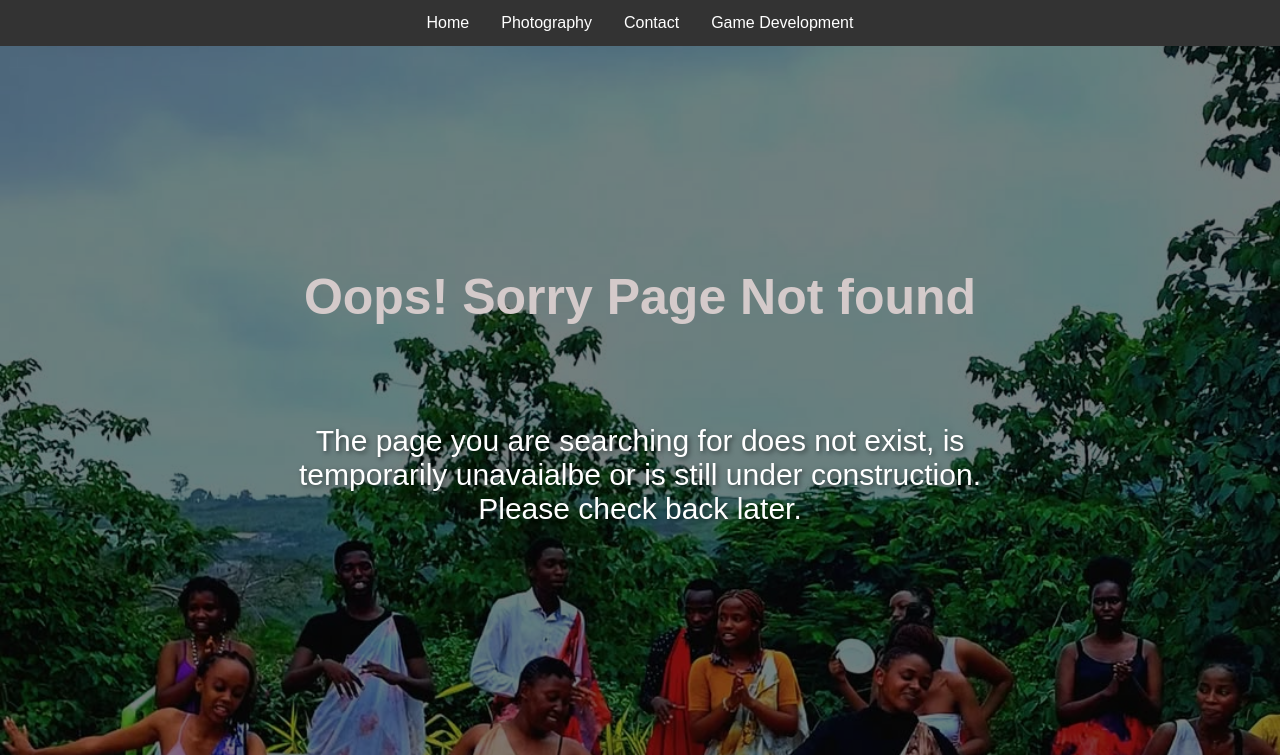
Repository: Argivist/ArgPortfolio
Page: 404.html
These files come from the project's save history. The page is drawn as it stood at one moment and after the next save; the edit follows.
The browser window is 1280 px wide. The pictures show the whole page.
Backgrounds fixed to the window are drawn as part of the page.

Above is the page before, as saved 2025-03-28 22:17:36.

### 404.html
<!DOCTYPE html>
<html lang="en">

<head>
    <meta charset="UTF-8">
    <meta name="viewport" content="width=device-width, initial-scale=1.0">
    <link rel="stylesheet" href="css/styles.css">
    <link rel="stylesheet" href="css/nav.css">
    <link rel="stylesheet" href="css/home.css">

    <title>Hutton Amison-Addy</title>

    <style>
        body {
            background-color: #f0f0f0;
            font-family: 'Arial', sans-serif;
        }
    </style>
</head>

<body>
    <nav>
        <ul>
            <li class="nav-content "><a href="index.html">Home</a></li>
            <li class="nav-content"><a href="https://www.instagram.com/theworldinoneseye/">Photography</a></li>

            <li class="dropdown nav-content">
                <a href="contact.html">Contact</a>
                <ul class="dropdown-content">
                    <li><a href="https://www.linkedin.com/in/hutton-amison-addy-7b1b3b1b1/">LinkedIn</a></li>
                    <li><a href="https://www.github.com/Argivist">GitHub</a></li>
                    <li><a href="mailto:hutton.amison@ashesi.edu.gh">hutton.amison@ashesi.edu.gh</a></li>
                    <li><a href="mailto:huttonaaddy.public@gmail.com">huttonaaddy.public@gmail.com</a></li>
                </ul>
            </li>

            <li class="dropdown nav-content">
                <a href="#">Game Development</a>
                <ul class="dropdown-content">
                    <li><a href="game/index.html">Game Development Projects</a></li>
                    <li><a href="blender/index.html">Blender</a></li>
                </ul>
            </li>
        </ul>
    </nav>
    <div class="padding">
    </div>
    <div class="overlay">

        <div class="thisisme section">
            <h1>Oops! Sorry Page Not found</h1>
            <p class="desc">
                The page you are searching for does not exist, is temporarily unavaialbe or is still under construction. Please check back later.
            </p>
        </div>



    </div>

    </div>



</body>

</html>

### css/styles.css
body{
    height: 100%;
    margin: 0;
    padding: 0;
}

 p {
    white-space: pre-line; /* preserves newlines, but collapses extra spaces */
  }
  .overlay {
    /* position: fixed; */
    position: absolute;
    left: 0;
    width: 100%;
    /* height: 100%; */
    background-color: rgba(0, 0, 0, 0.5); /* Adjust opacity as needed */
    z-index: -1; /* Keeps it behind your content */
}

### css/nav.css
/* 1. Define default variables in :root */


/* NAV Content and Dropdown */
.nav-content {
    position: relative;
    display: inline-block;
}

.dropdown {
    position: relative; /* For proper absolute positioning of its child */
    display: inline-block;
}

.dropdown:hover .dropdown-content {
    display: block;
}

.dropdown-content {
    display: none;
    position: absolute; /* This makes it overlay other elements without affecting layout */
    background-color: var(--dropdown-bg);
    min-width: 160px;
    box-shadow: 0px 8px 16px 0px rgba(0,0,0,0.2);
    z-index: 1;
}

/* Nav Stylisation */
nav {
    background-color: var(--nav-bg);
    position: fixed;
    top: 0;
    left: 0;
    width: 100vw;
    z-index: 100;
    display: flex;
    justify-content: center;  /* Centers the nav content horizontally */
    align-items: center;      /* Vertically centers items */
    margin: 0;
    color: var(--nav-link-color);
}

/* Reserve space for the fixed navbar */
.padding {
    height: 35px;  /* Adjust this value to match your navbar's height */
    top: 0;
    left: 0;
    width: 100%;
    bottom: 0;
}

/* Nav List Styles */
nav ul {
    list-style-type: none;
    margin: 0;
    padding: 0;
    display: flex;
}

nav ul li {
    display: inline-block;
    margin: 0;
    text-align: center;
    /* If you want each <li> to match nav’s background: */
    background-color: var(--nav-bg);
}

/* Nav Links */
nav ul li a {
    display: block;
    color: var(--nav-link-color);
    text-align: center;
    padding: 14px 16px;
    text-decoration: none;
}

nav ul li a:hover {
    background-color: var(--nav-link-hover-bg);
    color: var(--nav-link-active-color);
}

/* Optional: Ensure dropdown list items take full width */
.dropdown ul li {
    width: 100%;
}

/* Active link styling */
.active {
    background-color: var(--active-bg);
    /* color: var(--nav-link-active-color); */
    text-decoration: none;
}
/* If .active is on the <li>, target the <a> inside */
.active-text{
    color: var(--nav-link-active-color);
}

### css/home.css
/* Custom Theme variables */
:root {
    --nav-bg: #333;
    --nav-link-color: #fff;
    --nav-link-hover-bg: #111;
    --dropdown-bg: #f9f9f9;
    --active-bg: #675656;
    --body-text-color: #f5c646;      /* General text color */
    --heading-text-color: #d4caca;   /* Headings, if desired */
    --interest-hover: #ffffff50;     /* Hover color for interest items */

    /* Additional colors for interest items */
    --interest-hover-bg: rgba(255, 255, 255, 0.8);
    --interest-text-color: #c9c2c2;
}

/* Headings */
h1 {
    color: var(--heading-text-color);
    font-size: 50px;
    text-align: center;
}
.desc{
    color: var(--nav-link-color);
    font-size: 30px;
    text-align: center;
    text-shadow: 2px 2px 5px rgba(0, 0, 0, 0.5);
    /* large gap between left and right edges */
    margin-left: 20%;
    margin-right: 20%;
}
/* Body styling */
body {
    background-image: url('../img/home.jpeg');
    background-size: cover;
    background-repeat: no-repeat;
    background-position: center 15%;
    background-attachment: fixed;
    margin: 0;
    padding: 0;
}

:root {
    --nav-link-color: #fff;
    --interest-hover-bg: rgba(255, 255, 255, 0.8);
    --interest-text-color: #333;
}


.section{
    display: flex;
    flex-direction: column;
    justify-content: center;
    align-items: center;
    min-height: 100vh;
}
.mi{
    padding: 20px;
    font-size: 4em;
    color: var(--nav-link-color);
}


/* Container for all interests */
.interests {
    display: grid;
    grid-template-columns: repeat(auto-fit, minmax(300px, 1fr));
    gap: 20px;
    max-width: 1200px;
    margin: 0 auto;
    padding: 20px;
}

/* Individual interest item */
.interest {
    position: relative;
    background-size: cover;
    background-position: center;
    aspect-ratio: 16 / 9; /* Maintains uniform aspect ratio */
    overflow: hidden;
    cursor: pointer;
}

/* Overwrite if needed to allow the box to grow
   .interest {
       aspect-ratio: auto;
       min-height: 300px;
   }
*/

/* Background images for specific interests */
.f1 {
    background-image: url('https://corp.formula1.com/wp-content/uploads/2023/02/GettyImages-1240545798-scaled.jpg');
}
.space {
    background-image: url('https://scalar.chapman.edu/scalar/interior-space---a-visual-exploration-of-the-international-space-station-photographs-by-paolo-nespo/media/Endeavour%20dock%20ISS%20symmetric.jpg');
}
.robotics {
    background-image: url('https://www.roboticgizmos.com/wp-content/uploads/2022/11/17/Limo-AI-Modular-Mobile-Robot-640x469.jpg');
}
.gamedev {
    background-image: url('https://tutorials.eu/wp-content/uploads/2020/04/unity4.jpg');
}
.stem {
    background-image: url('https://www.edsmart.org/wp-content/uploads/2024/04/what_does_STEM_mean.jpg');
}
.nature {
    background-image: url('../img/nature.jpg');
}

/* Description container */
.intdesc {
    position: absolute;
    inset: 0; /* top: 0; left: 0; right: 0; bottom: 0; */
    background-color: transparent;
    display: flex;
    flex-direction: column;
    justify-content: center;
    align-items: center;
    padding: 20px;
    box-sizing: border-box;
    transition: background-color 1s ease, color 1s ease;
}

/* Title styling */
.intdesc h3 {
    margin: 0;
    font-size: 1.8em;
    text-align: center;
    color: var(--interest-text-color);
}

/* Description paragraph initially hidden and collapsed */
.intdesc p {
    opacity: 0;
    max-height: 0;
    overflow-y: hidden;
    transition: opacity 0.5s ease, max-height 0.5s ease;
    margin: 5px 0 0;
}

/* On hover, reveal the paragraph up to 150px; scroll if longer */
.intdesc:hover p {
    opacity: 1;
    max-height: 150px; /* Adjust as needed */
    overflow-y: auto;
}

/* Hover effects for text container */
.interest:hover .intdesc {
    background-color: var(--interest-hover-bg);
    color: var(--interest-text-color);
}
.interest:hover h3,
.interest:hover p {
    color: white;
    transition: color 1s ease;
}

/* Additional tinted overlays for each item on hover */
.f1:hover .intdesc {
    background-color: rgba(255, 0, 0, 0.58);
}
.space:hover .intdesc {
    background-color: rgba(0, 0, 255, 0.58);
}
.robotics:hover .intdesc {
    background-color: rgba(0, 255, 0, 0.58);
}
.gamedev:hover .intdesc {
    background-color: rgba(255, 255, 0, 0.58);
}
.stem:hover .intdesc {
    background-color: rgba(255, 0, 255, 0.58);
}
.nature:hover .intdesc {
    background-color: rgba(0, 255, 255, 0.58);
}




/* ########################## */

After the next save:
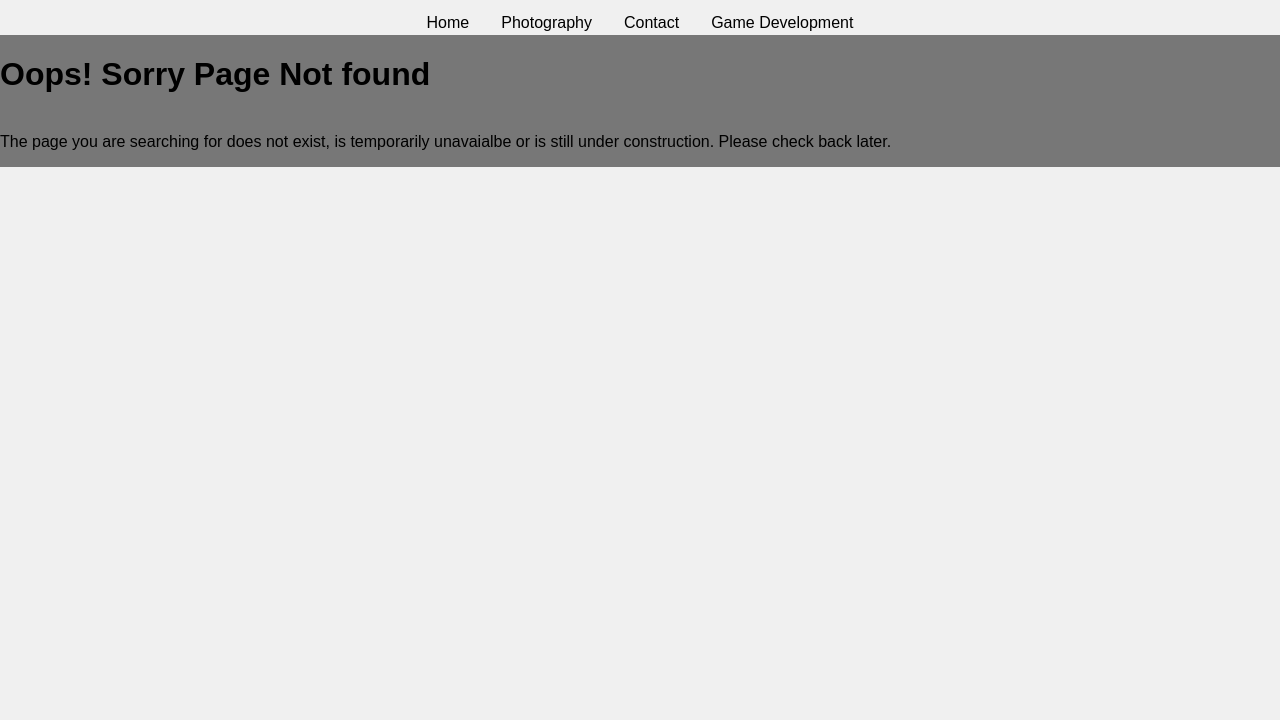
Not found: css/404.css
Saved 9 s later.
--- a/404.html
+++ b/404.html
@@ -6,7 +6,7 @@
     <meta name="viewport" content="width=device-width, initial-scale=1.0">
     <link rel="stylesheet" href="css/styles.css">
     <link rel="stylesheet" href="css/nav.css">
-    <link rel="stylesheet" href="css/home.css">
+    <link rel="stylesheet" href="css/404.css">
 
     <title>Hutton Amison-Addy</title>
 
